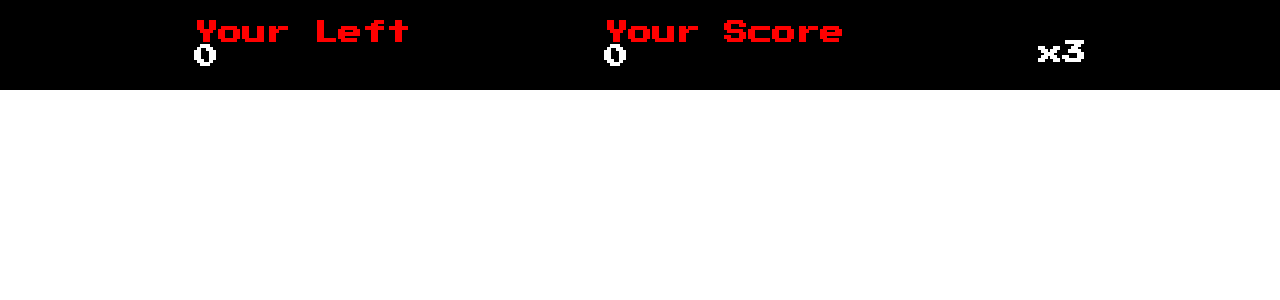
Repository: Zoemateus324/detona-ralph-js
Page: index.html
An editor plug-in stored every save of this project. The page is shown before and after the next save, followed by the edit.
The browser window is 1280 px wide. The pictures show the whole page.

Above is the page before, as saved 2024-11-26 08:47:52.

After the next save:
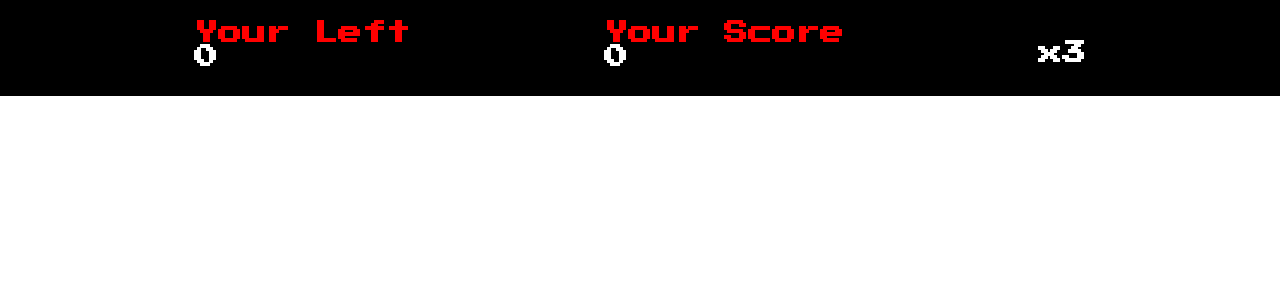
Saved 32 s later.
--- a/src/styles/main.css
+++ b/src/styles/main.css
@@ -16,5 +16,5 @@
 }
 
 .panel{
-
+    border: 1px black solid;
 }
